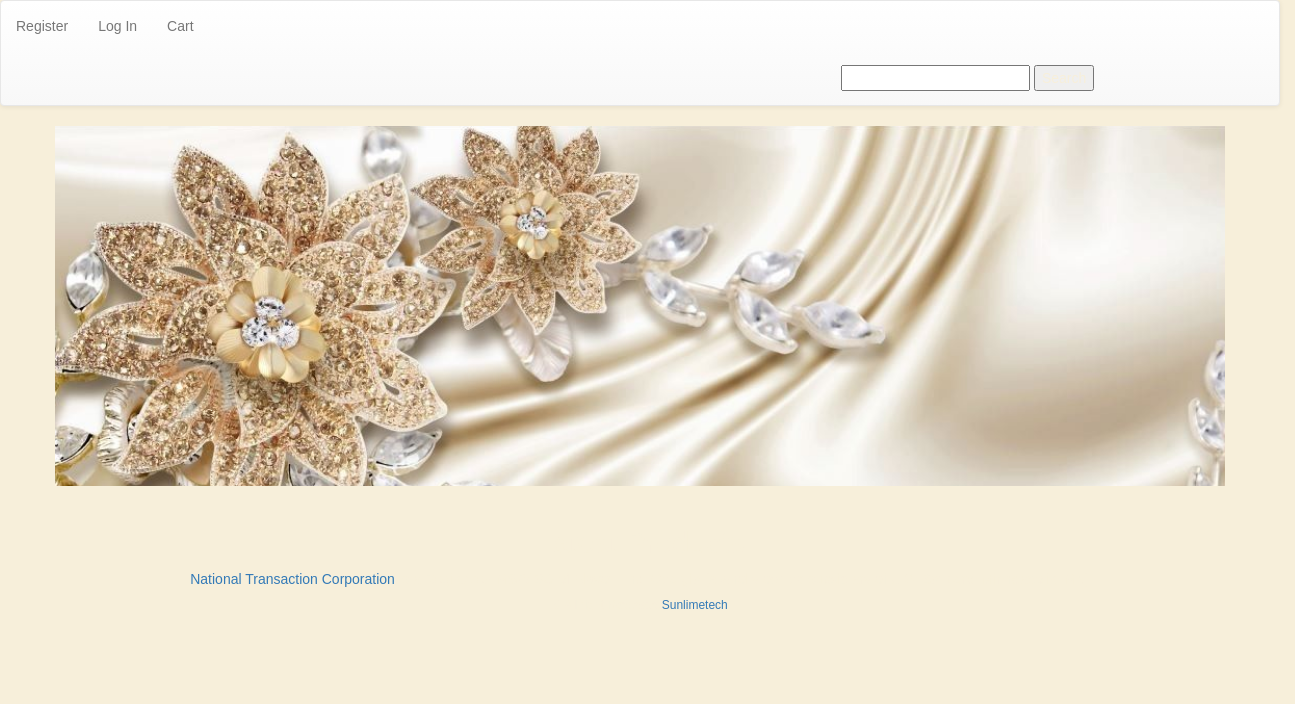
Repository: darhewitt/darragh-ecom
Page: templates/base.html
The author's editor kept a record of every edit. The page is drawn from the files as they stood at one moment, then again after the next edit.
The browser window is 1280 px wide. The page is 1295 px wide, so the pictures cover 1295 px, including what lies to the right of the window. The pictures show the whole page.
Some icons come from a web library that is not loaded, so they are not drawn. Some web libraries are served in a nearby version. The template is drawn by Django 2.2. The application's start-up code is not run. Other server files are loaded and not shown. The template is opened directly, without the code that normally fills it, so the values that code supplies are empty.

Above is the page before.
Console error (its wording comes from the project's code and is left out).

### templates/base.html
{% load staticfiles %}

<html>
    <head>
        <title>{% block page_title %}{% endblock %}</title>
        <link rel="stylesheet" href="https://maxcdn.bootstrapcdn.com/bootstrap/3.3.7/css/bootstrap.min.css" integrity="sha384-BVYiiSIFeK1dGmJRAkycuHAHRg32OmUcww7on3RYdg4Va+PmSTsz/K68vbdEjh4u" crossorigin="anonymous">
        <link rel="stylesheet" href="https://maxcdn.bootstrapcdn.com/bootstrap/3.3.7/css/bootstrap-theme.min.css" integrity="sha384-rHyoN1iRsVXV4nD0JutlnGaslCJuC7uwjduW9SVrLvRYooPp2bWYgmgJQIXwl/Sp" crossorigin="anonymous">
        <link rel="stylesheet" href="{% static 'font-awesome/css/font-awesome.min.css' %}">
        <link rel="stylesheet" href="{% static 'css/style.css' %}" type="text/css">
        <script src="https://maxcdn.bootstrapcdn.com/bootstrap/3.3.7/js/bootstrap.min.js" integrity="sha384-Tc5IQib027qvyjSMfHjOMaLkfuWVxZxUPnCJA7l2mCWNIpG9mGCD8wGNIcPD7Txa" crossorigin="anonymous"></script>
        <script src="https://cdnjs.cloudflare.com/ajax/libs/jquery/3.2.1/jquery.min.js"></script>
        <script src="https://cdnjs.cloudflare.com/ajax/libs/twitter-bootstrap/3.3.7/js/bootstrap.min.js"></script>
        {% block head_js %}
        {% endblock head_js %}
    </head>
    <body>
        <nav class="navbar navbar-default">
            <ul class="nav navbar-nav">
                {% if user.is_authenticated %}
                    <li><a href="{% url 'profile' %}"><i class="fa fa-user"></i>Profile</a></li>
                    <li><a href="{% url 'logout' %}"><i class="fa fa-sign-out"></i>Logout</a></li>
                {% else %}
                    <li><a href="{% url 'registration' %}"><i class="fa fa-user-plus"></i>Register</a></li>
                    <li><a href="{% url 'login' %}"><i class="fa fa-sign-in"></i> Log In</a></li>
                {% endif %}
                <li>
                        <a href="{% url 'view_cart' %}">
                            <i class="fa fa-shipping-cart"></i>Cart
                            {% if product_count > 0 %}
                            <label class="badge badge-warning">{{ product_count }}</label>
                            {% endif %}
                        </a>
                    </li>
                    <li>
                        <div class="display search">
                        <form action="{% url 'search' %}" method="get">
                            <input type="text" name="q">
                            <button type="search">Search</button>
                        </form>
                        </div>
                    </li>
            </ul>
        </nav>
        <div class="container background-image">
        <div class="row first-info" style="background-image: url({% static 'css/jewel-background.jpg' %})"></div>
        </div>

        <h1>{% block page_heading %}{% endblock %}</h1>
        {% if messages %}
        <div>
            {% for message in messages %}
            {{ message }}
            {% endfor %}
        </div>
        {% endif %}
        <div class="container">
        <h2 class="text-center">Latest Products</h2>
        {% block content %}{% endblock %}
        <style type="text/css">
            .first-info
{
background-repeat:no-repeat;
background-size:100%;
height:50%;
width:auto;
}

.search {
    padding-left: 60em;
    padding-top: 1em;
}

body {
    background-color: #f7efda;
}






        </style>
        </div>
    </body>
    <footer>
        <div class="row">
				<div class="col-xs-12 col-sm-12 col-md-12 mt-2 mt-sm-2 text-center text-white">
					<p><u><a href="https://www.nationaltransaction.com/">National Transaction Corporation</a></u> is a Registered MSP/ISO of Elavon, Inc. Georgia [a wholly owned subsidiary of U.S. Bancorp, Minneapolis, MN]</p>
					<p class="h6">&copy All right Reversed.<a class="text-green ml-2" href="https://www.sunlimetech.com" target="_blank">Sunlimetech</a></p>
				</div>
				</hr>
			</div>
    </footer>
</html>

### static/css/style.css
body {
    font-family: Arial;
    color: #f7efda;
}

.icon-bar {
    background-color: #fff;
}

.accountform {
    padding-top: 20px;
}

.badge {
    padding-left: 9px;
    padding-right: 9px;
    -webkit-border-radius: 9px;
    -moz-border-radius: 9px;
    border-radius: 9px;
}

.label-warning[href],
.badge-warning[href] {
    background-color: #c67605;
}

.product {
    background-size: contain;
    background-position: center center;
    background-repeat: no-repeat;
    width: 150px;
    height: 150px;
    margin: 0 auto;
}

caption p {
    word-wrap: break-word;
}

.row.row-flex {
    display: flex;
    flex-wrap: wrap;
    margin-top: 30px;
}

.panel-default {
    border-color: transparent;
    padding: 0 0px;
}

.panel-body {
    height: 100%;
    border: 1px solid #ddd;
}

.product-description {
    min-height: 40px;
}

.first-info
{
background-repeat:no-repeat;
background-size:100%;
height:50%;
width:auto;
}

.search {
    padding-left: 60em;
    padding-top: 1em;
}

After the next edit:
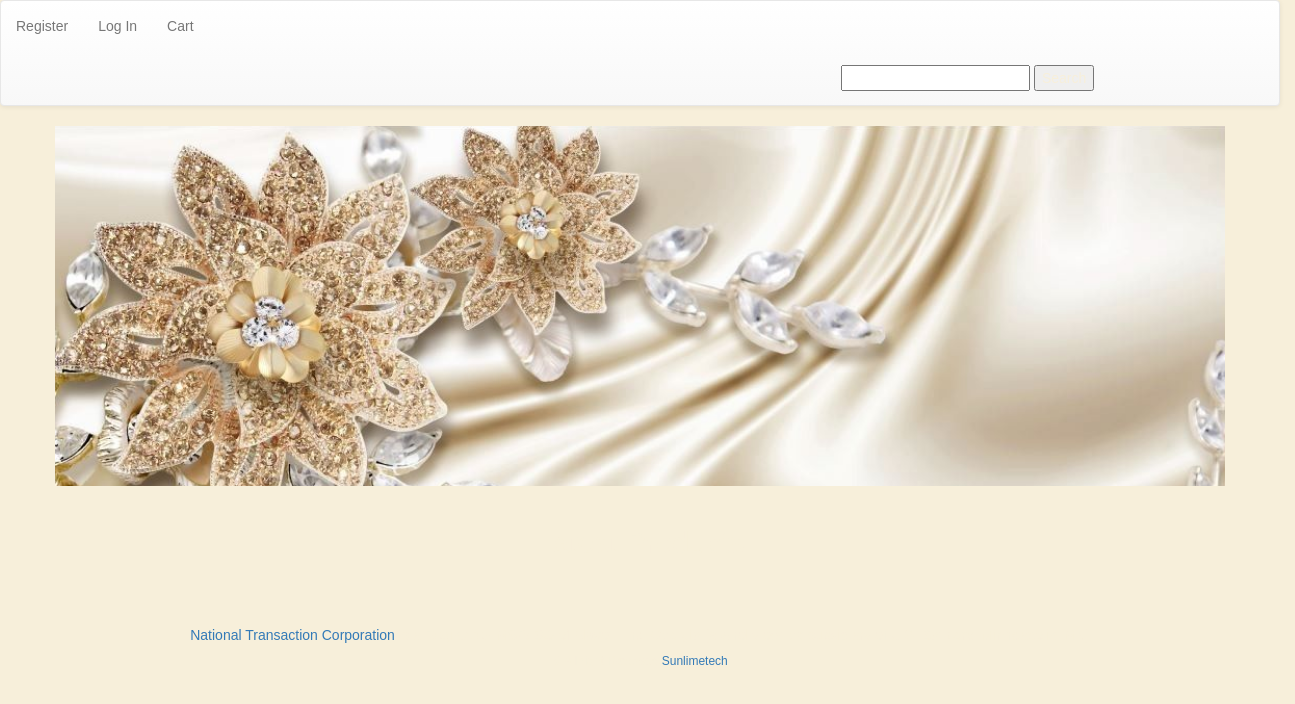
The edit:
--- a/static/css/style.css
+++ b/static/css/style.css
@@ -69,3 +69,29 @@ width:auto;
     padding-left: 60em;
     padding-top: 1em;
 }
+
+.first-info
+{
+background-repeat:no-repeat;
+background-size:100%;
+height:50%;
+width:auto;
+}
+
+.search {
+    padding-left: 60em;
+    padding-top: 1em;
+}
+
+.logo {
+    font-family:Cinzel;
+}
+
+body {
+    background-color: #faf7f0;
+}
+
+footer {
+    padding-top: 4em;
+    padding-bottom: 1em;
+}
